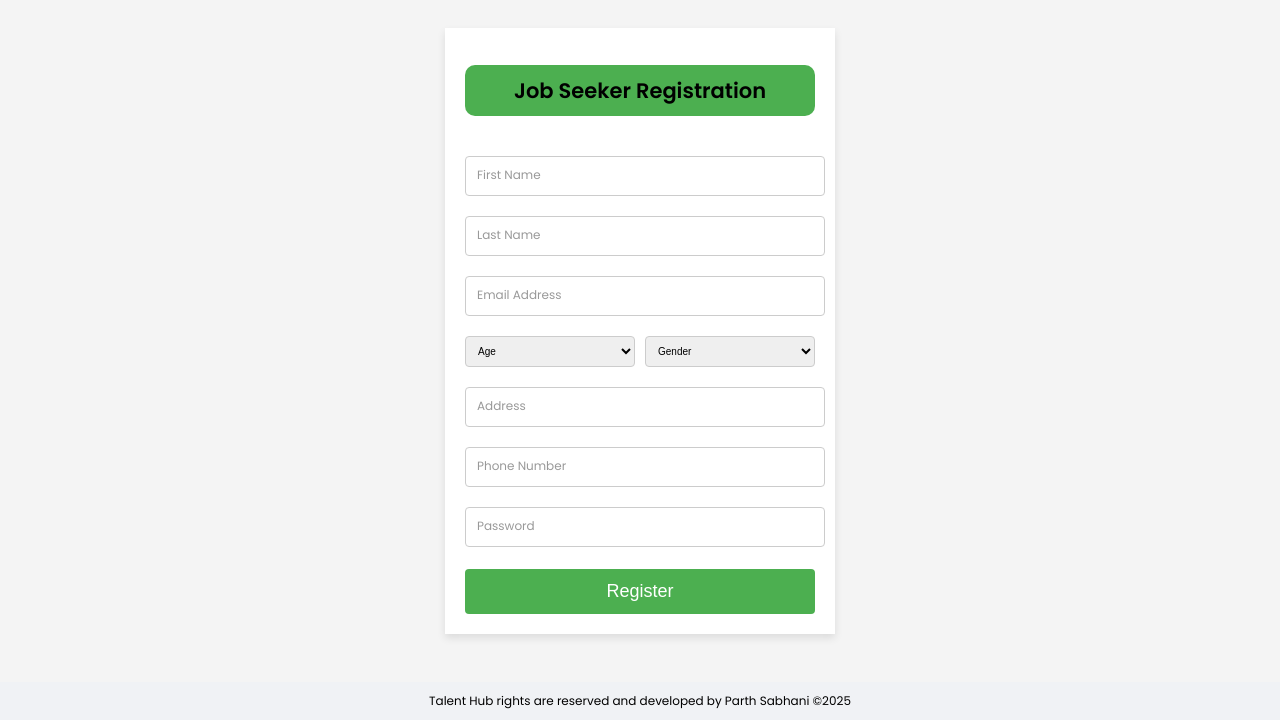
Repository: parthsabhani/Job_Portal_JSP_Servlet
Page: http://localhost/Job_Portal/userRegistration.jsp
The author's editor kept a copy of each file at every save. The page is drawn from the files as they stood at one save, then again after the next save.
The browser window is 1280 px wide. The pictures show the whole page.
The page is served by Tomcat 10. Other server files are loaded and not shown.

Above is the page before, as saved 2025-04-23 04:03:47.

### Job_Portal/src/main/webapp/userRegistration.jsp
<%@ page language="java" contentType="text/html; charset=UTF-8"
	pageEncoding="UTF-8"%>
<!DOCTYPE html>
<html lang="en">
<head>
<meta charset="UTF-8">
<meta name="viewport" content="width=device-width, initial-scale=1.0">
<title>Job Seeker Registration</title>

<!-- Import Poppins font -->
<link
	href="https://fonts.googleapis.com/css2?family=Poppins:wght@400;600&display=swap"
	rel="stylesheet">

<!-- Internal CSS -->
<style>
body {
	font-family: 'Poppins', sans-serif;
	background-color: #f4f4f4;
	display: flex;
	justify-content: center;
	align-items: center;
	height: 100%;
}

.registration-container {
	background-color: white;
	padding: 20px;
	margin: 20px;
	margin-top: 10px
	border-radius: 8px;
	box-shadow: 0 4px 8px rgba(0, 0, 0, 0.1);
	width: 100%;
	font-size: 14px;
	max-width: 350px;
}

h2 {
	text-align: center;
	background-color: #4CAF50;
	padding: 10px;
	border-radius: 10px;
	margin-bottom: 40px;
}

h2:hover {
	color: white;
}

form {
	display: flex;
	flex-direction: column;
}

.input-container {
	position: relative;
	margin-bottom: 20px;
}

input {
	padding: 12px 4px;
	margin: 0;
	border: 1px solid #ccc;
	border-radius: 4px;
	font-size: 12px;
	width: 100%;
	background-color: #fff; /* Keep the input background white */
	z-index: 1; /* Ensure the input stays behind the label */
}

input:focus {
	border-color: #4d90fe;
	outline: none;
}

/* Floating label */
input:focus+label, input:not(:placeholder-shown)+label {
	font-size: 12px;
	color: #4d90fe;
	top: -9px; /* Adjusted to align with the upper edge of the text */
}

label {
	position: absolute;
	top: 10px; /* Slightly adjusted to align with the text */
	left: 8px;
	font-size: 12px;
	transition: all 0.2s ease;
	color: #999;
	pointer-events: none;
	z-index: 2; /* Ensure the label stays above the input */
	background-color: #fff; /* To avoid background showing through */
	padding: 0 4px;
	/* Add some padding to avoid label overlapping input edges */
}

.submit-btn {
	background-color: #4CAF50;
	color: white;
	padding: 12px;
	border: none;
	border-radius: 4px;
	font-size: 18px;
	cursor: pointer;
}

.submit-btn:hover {
	background-color: #45a049;
	color: black;
}

.error {
	color: red;
	font-size: 14px;
	margin-top: -10px; text-align : center;
	margin-bottom: 12px;
	text-align: center;
}
</style>
</head>
<body>

	<div class="registration-container">
		<h2>Job Seeker Registration</h2>
		<form action="UserController" method="post" id="registrationForm">

			<!-- Full Name Field -->
			<div class="input-container">
				<input type="text" id="firstName" name="firstName" placeholder=" "
					required> <label for="firstName">First Name</label>
			</div>

			<!-- Last Name Field -->
			<div class="input-container">
				<input type="text" id="lastName" name="lastName" placeholder=" "
					required> <label for="lastName">Last Name</label>
			</div>

			<!-- Email Field -->
			<div class="input-container">
				<input type="email" id="email" name="email" placeholder=" " required>
				<label for="email">Email Address</label>
			</div>

			<!-- Age & Gender Fields -->
			<div
				style="display: flex; justify-content: space-between; gap: 10px; margin-bottom: 20px;">
				<!-- Age Dropdown -->
				<div style="flex: 1;">
					<select name="age" id="age" required
						style="width: 100%; padding: 8px; border-radius: 4px; border: 1px solid #ccc; font-size: 10px;">
						<option value="" disabled selected hidden>Age</option>
						<%
						for (int i = 18; i <= 50; i++) {
						%>
						<option value="<%=i%>"><%=i%></option>
						<%
						}
						%>
					</select>
				</div>

				<!-- Gender Dropdown -->
				<div style="flex: 1;">
					<select name="gender" id="gender" required
						style="width: 100%; padding: 8px; border-radius: 4px; border: 1px solid #ccc; font-size: 10px;">
						<option value="" disabled selected hidden>Gender</option>
						<option value="Male">Male</option>
						<option value="Female">Female</option>
						<option value="Other">Other</option>
					</select>
				</div>
			</div>

			<!-- Address Field -->
			<div class="input-container">
				<input type="text" id="address" name="address" placeholder=" ">
				<label for="address">Address</label>
			</div>

			<!-- Phone Number Field -->
			<div class="input-container">
				<input type="tel" id="phone" name="phone" placeholder=" " required>
				<label for="phone">Phone Number</label>
			</div>

			<!-- Password Field -->
			<div class="input-container">
				<input type="password" id="password" name="password" placeholder=" "
					required> <label for="password">Password</label>
			</div>

			<div id="errorMessages" class="error">
				${ error }
			</div>

			<button type="submit" class="submit-btn" name="value" value="register">Register</button>

		</form>
	</div>


	<!-- Footer Start -->
	<%
    	request.setAttribute("footerStyle", "position: fixed; bottom: 0; width: 100%; padding: 10px 0; background-color: #f0f2f5; color: #000000; text-align: center; font-size: 12px; font-family: 'Poppins', sans-serif;");
	%>
	<jsp:include page="footer.jsp" />
	<!-- Footer End -->
</body>
</html>

### Job_Portal/src/main/webapp/footer.jsp
<%@ page language="java" contentType="text/html; charset=UTF-8"
    pageEncoding="UTF-8"%>
<!DOCTYPE html>
<html>
<head>
<meta charset="UTF-8">
<title>Insert title here</title>
</head>
<body>
<%
    String footerStyle = (String) request.getAttribute("footerStyle");
    if (footerStyle == null) {
        footerStyle = "position: fixed; bottom: 0; width: 100%; padding: 8px 0; background-color: #000; color: white; text-align: center; font-size: 12px; font-family: 'Poppins', sans-serif;";
    }
%>
<footer style="<%= footerStyle %>">
    Talent Hub rights are reserved and developed by Parth Sabhani ©2025
</footer>
</body>
</html>

After the next save:
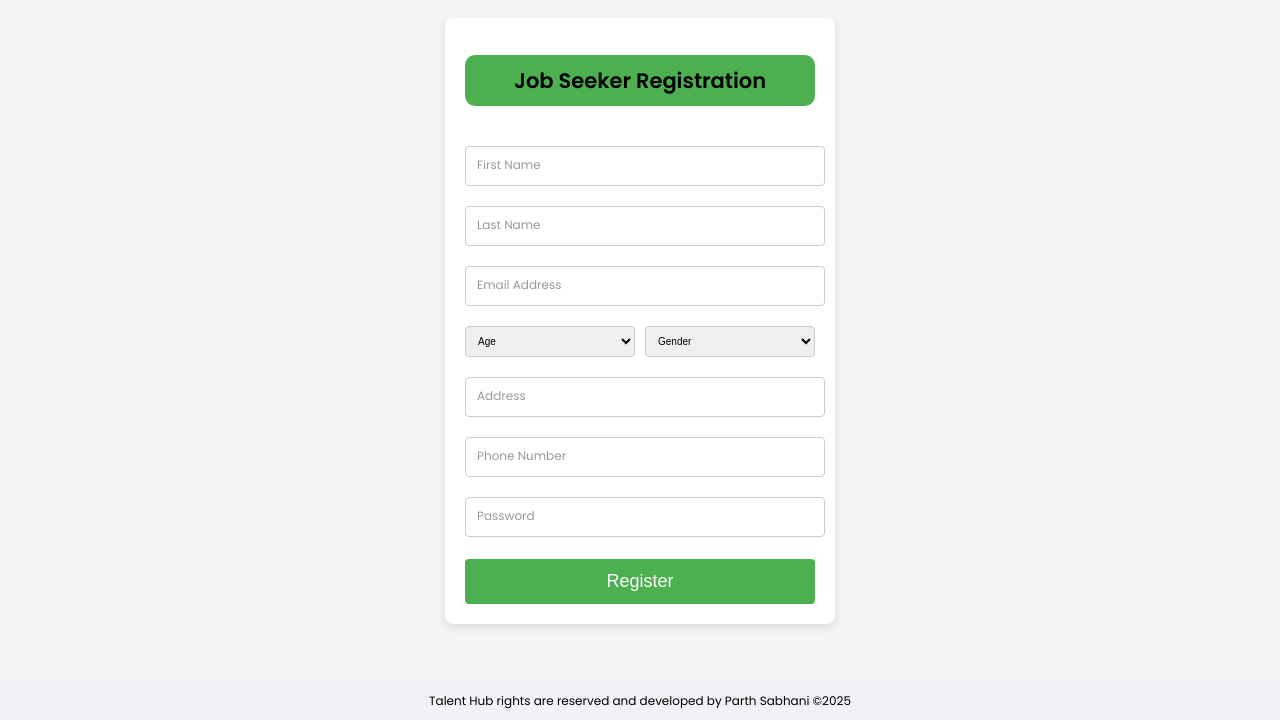
Saved 1 s later.
--- a/Job_Portal/src/main/webapp/userRegistration.jsp
+++ b/Job_Portal/src/main/webapp/userRegistration.jsp
@@ -27,7 +27,7 @@ body {
 	background-color: white;
 	padding: 20px;
 	margin: 20px;
-	margin-top: 10px
+	margin-top: 10px;
 	border-radius: 8px;
 	box-shadow: 0 4px 8px rgba(0, 0, 0, 0.1);
 	width: 100%;
